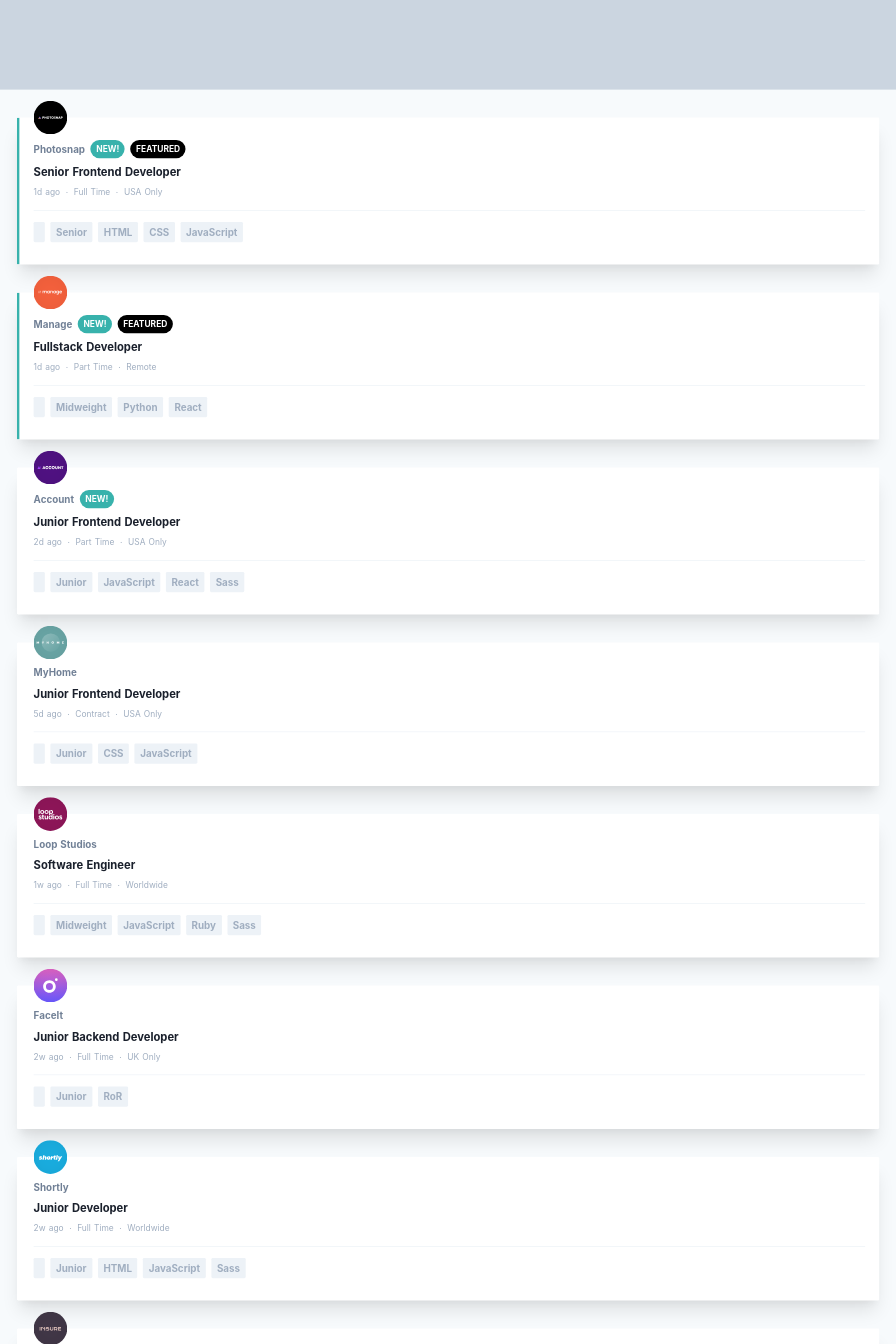
Repository: asongdon/frontendmentor-joblisting
Page: /
The author's editor kept a copy of each file at every save. The page is drawn from the files as they stood at one save, then again after the next save.
The browser window is 1280 px wide. The pictures show the part of the page from y = 0 to 1920 px (the page is 2593 px tall), at 70% of full size.
The project was rebuilt for these pictures with package versions that can differ from the ones it lists, and the page was loaded fresh each time. The framework's server and built-in components were replaced by stand-ins that run in the browser. Also part of the build but not shown: nuxt.config.js.

Above is the page before, as saved 2020-04-12 22:08:32.

### layouts/default.vue
<template>
  <div class="h-screen">
    <Header/>
    <nuxt />
  </div>
</template>

<script>
import Header from '@/components/Header.vue'

export default {
  components: {
    Header
  },
}
</script>

<style>
html {
  font-family: 'Inter', -apple-system, BlinkMacSystemFont, 'Segoe UI',
    Roboto, 'Helvetica Neue', Arial, sans-serif;
  font-size: 16px;
  word-spacing: 1px;
  -ms-text-size-adjust: 100%;
  -webkit-text-size-adjust: 100%;
  -moz-osx-font-smoothing: grayscale;
  -webkit-font-smoothing: antialiased;
  box-sizing: border-box;
  @apply bg-gray-100;
}

*,
*:before,
*:after {
  box-sizing: border-box;
  margin: 0;
}

.button--green {
  display: inline-block;
  border-radius: 4px;
  border: 1px solid #3b8070;
  color: #3b8070;
  text-decoration: none;
  padding: 10px 30px;
}

.button--green:hover {
  color: #fff;
  background-color: #3b8070;
}

.button--grey {
  display: inline-block;
  border-radius: 4px;
  border: 1px solid #35495e;
  color: #35495e;
  text-decoration: none;
  padding: 10px 30px;
  margin-left: 15px;
}

.button--grey:hover {
  color: #fff;
  background-color: #35495e;
}
</style>

### pages/index.vue
<template>
  <div class="mt-10">
    <div class="container px-6" v-for="item in data" :key="item.id">
      <Maincard
        :logo="item.logo"
        :company="item.company"
        :newStatus="item.new"
        :featured="item.featured"
        :position="item.position"
        :postedAt="item.postedAt"
        :contract="item.contract"
        :location="item.location"
        :languages="item.languages"
        :tools="item.tools"
        :level="item.level"
      />
    </div>
  </div>
</template>

<script>
import Maincard from '@/components/Maincard'
import data from '@/static/data/data.json'

export default {
  components: {
    Maincard
  },
  data() {
    return {
      data
    }
  }
}
</script>

<style>
/* Sample `apply` at-rules with Tailwind CSS
.container {
  @apply min-h-screen flex justify-center items-center text-center mx-auto;
}
*/
</style>

### components/Header.vue
<template>
  <div class="w-full h-32 bg-gray-400"></div>
</template>

<script>
export default {}
</script>

<style></style>

### components/Maincard.vue
<template>
  <div
    class="flex flex-col flex-no-wrap rounded-sm px-5 bg-white shadow-xl pb-4 mb-10 border-l-4 border-white"
    :class="{ 'border-l-4': featured, 'border-teal-500': featured }"
  >
    <div class="-mt-6 mb-2">
      <img class="w-12" :src="'/logos/' + logo" alt="" />
    </div>

    <div class="flex items-center">
      <div class="text-sm font-bold text-gray-600">{{ company }}</div>
      <div class="flex text-xs font-bold">
        <div
          v-if="newStatus"
          class=" bg-teal-500 text-white rounded-full px-2 py-1 uppercase ml-2"
        >
          New!
        </div>
        <div
          v-if="featured"
          class="bg-black text-white rounded-full px-2 py-1 uppercase ml-2"
        >
          Featured
        </div>
      </div>
    </div>

    <div class="mt-2 font-bold text-gray-900">
      {{ position }}
    </div>

    <div class="flex text-xs mt-2 text-gray-500 border-b border-gray-200 pb-4">
      <div class="mr-2">{{ postedAt }}</div>
      <div class="mr-2">·</div>
      <div class="mr-2">{{ contract }}</div>
      <div class="mr-2">·</div>
      <div>{{ location }}</div>
    </div>

    <div class="mt-4 flex flex-wrap justify-start">
      <div
        class="px-2 py-1 bg-gray-200 text-gray-500 rounded-sm font-bold mr-2 mb-4 text-sm"
      >
        {{ role }}
      </div>
      <div
        class="px-2 py-1 bg-gray-200 text-gray-500 rounded-sm font-bold mr-2 mb-4 text-sm"
      >
        {{ level }}
      </div>
      <div
        v-for="tag in languages"
        :key="tag.id"
        class="px-2 py-1 bg-gray-200 text-gray-500 rounded-sm font-bold mr-2 mb-4 text-sm"
      >
        {{ tag }}
      </div>
      <div
        v-for="tool in tools"
        :key="tool.id"
        class="px-2 py-1 bg-gray-200 text-gray-500 rounded-sm font-bold mr-2 mb-4 text-sm"
      >
        {{ tool }}
      </div>
    </div>
  </div>
</template>

<script>
export default {
  props: {
    logo: String,
    company: String,
    newStatus: Boolean,
    featured: Boolean,
    position: String,
    postedAt: String,
    contract: String,
    location: String,
    languages: Array,
    tools: Array,
    level: String,
    role: String
  }
}
</script>

<style></style>

### static/data/data.json
[
  {
    "id": 1,
    "company": "Photosnap",
    "logo": "photosnap.svg",
    "new": true,
    "featured": true,
    "position": "Senior Frontend Developer",
    "role": "Frontend",
    "level": "Senior",
    "postedAt": "1d ago",
    "contract": "Full Time",
    "location": "USA Only",
    "languages": ["HTML", "CSS", "JavaScript"]
  },
  {
    "id": 2,
    "company": "Manage",
    "logo": "manage.svg",
    "new": true,
    "featured": true,
    "position": "Fullstack Developer",
    "role": "Fullstack",
    "level": "Midweight",
    "postedAt": "1d ago",
    "contract": "Part Time",
    "location": "Remote",
    "languages": ["Python"],
    "tools": ["React"]
  },
  {
    "id": 3,
    "company": "Account",
    "logo": "account.svg",
    "new": true,
    "featured": false,
    "position": "Junior Frontend Developer",
    "role": "Frontend",
    "level": "Junior",
    "postedAt": "2d ago",
    "contract": "Part Time",
    "location": "USA Only",
    "languages": ["JavaScript"],
    "tools": ["React", "Sass"]
  },
  {
    "id": 4,
    "company": "MyHome",
    "logo": "myhome.svg",
    "new": false,
    "featured": false,
    "position": "Junior Frontend Developer",
    "role": "Frontend",
    "level": "Junior",
    "postedAt": "5d ago",
    "contract": "Contract",
    "location": "USA Only",
    "languages": ["CSS", "JavaScript"]
  },
  {
    "id": 5,
    "company": "Loop Studios",
    "logo": "loop-studios.svg",
    "new": false,
    "featured": false,
    "position": "Software Engineer",
    "role": "FullStack",
    "level": "Midweight",
    "postedAt": "1w ago",
    "contract": "Full Time",
    "location": "Worldwide",
    "languages": ["JavaScript"],
    "tools": ["Ruby", "Sass"]
  },
  {
    "id": 6,
    "company": "FaceIt",
    "logo": "faceit.svg",
    "new": false,
    "featured": false,
    "position": "Junior Backend Developer",
    "role": "Backend",
    "level": "Junior",
    "postedAt": "2w ago",
    "contract": "Full Time",
    "location": "UK Only",
    "tools": ["RoR"]
  },
  {
    "id": 7,
    "company": "Shortly",
    "logo": "shortly.svg",
    "new": false,
    "featured": false,
    "position": "Junior Developer",
    "role": "Frontend",
    "level": "Junior",
    "postedAt": "2w ago",
    "contract": "Full Time",
    "location": "Worldwide",
    "languages": ["HTML", "JavaScript"],
    "tools": ["Sass"]
  },
  {
    "id": 8,
    "company": "Insure",
    "logo": "insure.svg",
    "new": false,
    "featured": false,
    "position": "Junior Frontend Developer",
    "role": "Frontend",
    "level": "Junior",
    "postedAt": "2w ago",
    "contract": "Full Time",
    "location": "USA Only",
    "languages": ["JavaScript"],
    "tools": ["Vue, Sass"]
  },
  {
    "id": 9,
    "company": "Eyecam Co.",
    "logo": "eyecam-co.svg",
    "new": false,
    "featured": false,
    "position": "Full Stack Engineer",
    "role": "Fullstack",
    "level": "Midweight",
    "postedAt": "3w ago",
    "contract": "Full Time",
    "location": "Worldwide",
    "languages": ["JavaScript", "Python"],
    "tools": ["Django"]
  },
  {
    "id": 10,
    "company": "The Air Filter Company",
    "logo": "the-air-filter-company.svg",
    "new": false,
    "featured": false,
    "position": "Front-end Dev",
    "role": "Frontend",
    "level": "Junior",
    "postedAt": "1mo ago",
    "contract": "Part Time",
    "location": "Worldwide",
    "languages": ["JavaScript"],
    "tools": ["React", "Sass"]
  }
]

Loaded but not shown: assets/css/tailwind.css (common file); tailwind.config.js (common file); store/filter.js (no copy from this time; the picture is the same without it); store/index.js (no copy from this time; the picture is the same without it)

After the next save:
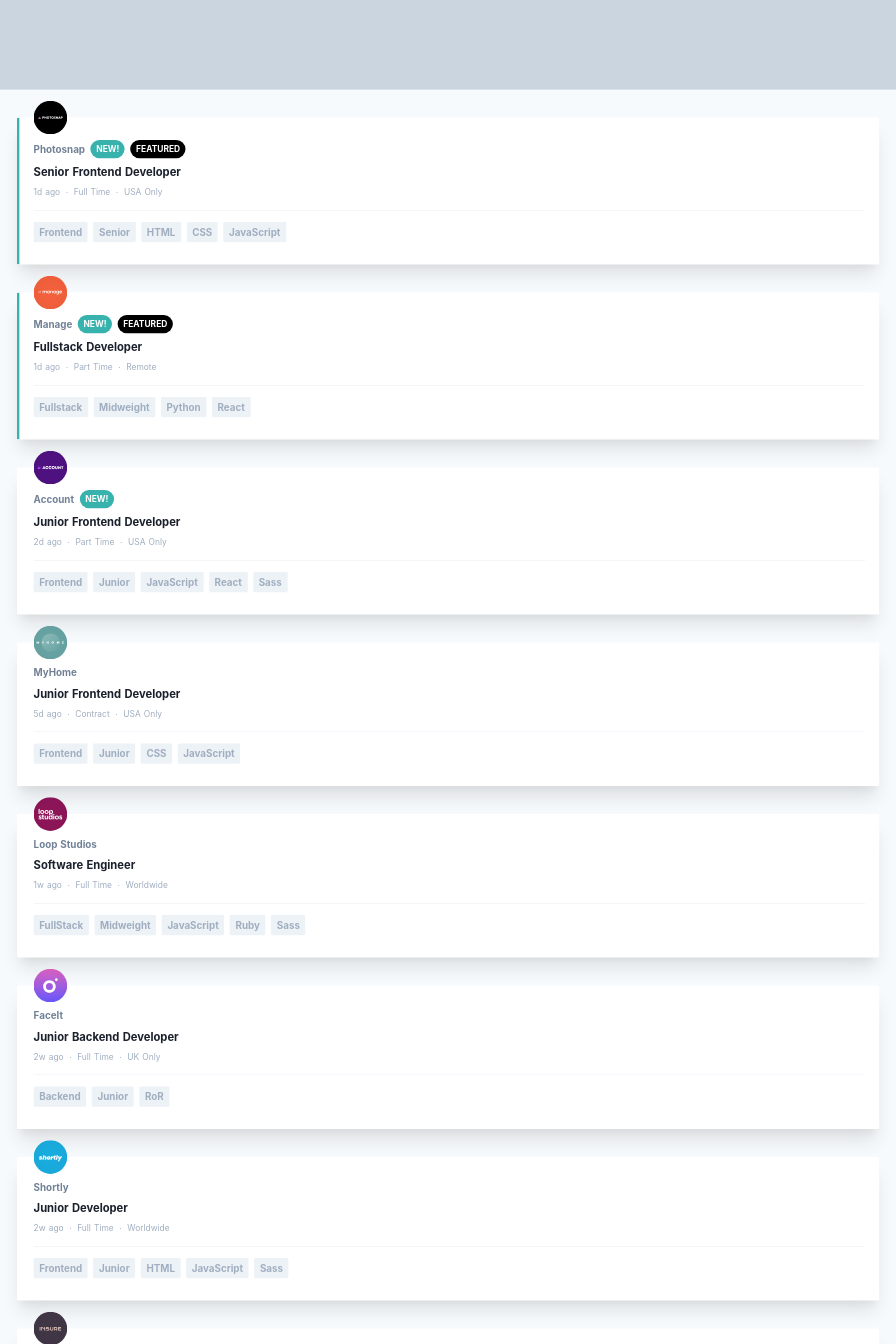
Saved 8 s later.
--- a/pages/index.vue
+++ b/pages/index.vue
@@ -13,6 +13,7 @@
         :languages="item.languages"
         :tools="item.tools"
         :level="item.level"
+        :role="item.role"
       />
     </div>
   </div>
